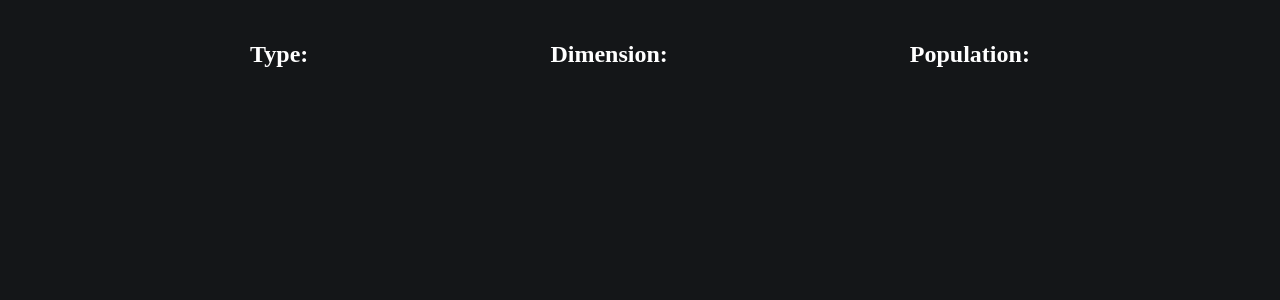
Repository: RobertAries28/ApiRickyMortin
Page: /
These files come from the project's save history. The page is drawn as it stood at one moment and after the next save; the edit follows.
The browser window is 1280 px wide. The pictures show the whole page.
The page's requests for data from a server got no answer. The project was rebuilt for these pictures with package versions that can differ from the ones it lists, and the page was loaded fresh each time. No one was signed in, and anything a server would have sent is missing. Also part of the build but not shown: src/ResidentInfo.js.

Above is the page before, as saved 2022-04-29 00:36:15.

### src/index.css

body{
  background: #141618;
  color: white;
}

.information h1{
  font-weight: bold;
}

.information span{
  font-weight: 300;
}

.information_data{
  display: flex;
  justify-content: space-evenly;
}

.personaje{
  display: flex;
  justify-content: space-evenly;
  margin: 30px;
  background: #53575A;
}

.personaje span{
  margin: 30px 30px;
  font-size: 20px;
}

.personajeList{
  display: flex;
  flex-wrap: wrap;
  justify-content: space-evenly;
}

### src/App.js

import './App.css';
import Locationinfo from './LocationInfo';

const App=() =>{
  return (
    <div className="App">
      <Locationinfo/>
    </div>
  );
}

export default App;

### src/LocationInfo.js
import axios from 'axios';
import React, { useEffect, useState } from 'react';
import './index.css';
import Residentslist from './ResidentsList';

const Locationinfo = () => {
     const [information,setInformation]= useState({})
    useEffect(()=>{
        const random= Math.floor(Math.random()*126)+1;
        axios.get(`https://rickandmortyapi.com/api/location/${random}`)
         .then(res=> setInformation(res.data));

    },[])

    console.log(information)
    return (
        <div className='information'>
            <h1>{information.name}</h1>
            <div className='information_data'>
            <h2>Type: <span>{information.type}</span></h2>
            <h2>Dimension: <span>{information.dimension}</span></h2>
            <h2>Population: <span>{information.residents?.length}</span></h2>
            </div>
            <Residentslist urls={information?.residents}/>
        </div>
    );
}

export default Locationinfo;

### src/ResidentsList.js
import React from 'react';
import Residentinfo from './ResidentInfo';
import './index.css';

const Residentslist = ({urls}) => {
    return (
        <div className='personajeList'>
            {
                urls?.map(url=>(
                    <Residentinfo information={url} key={url}/>
                ))
            }
        </div>
    );
}

export default Residentslist;

Loaded but not shown: public/index.html (common file); src/index.js (common file); src/App.css (common file)

After the next save:
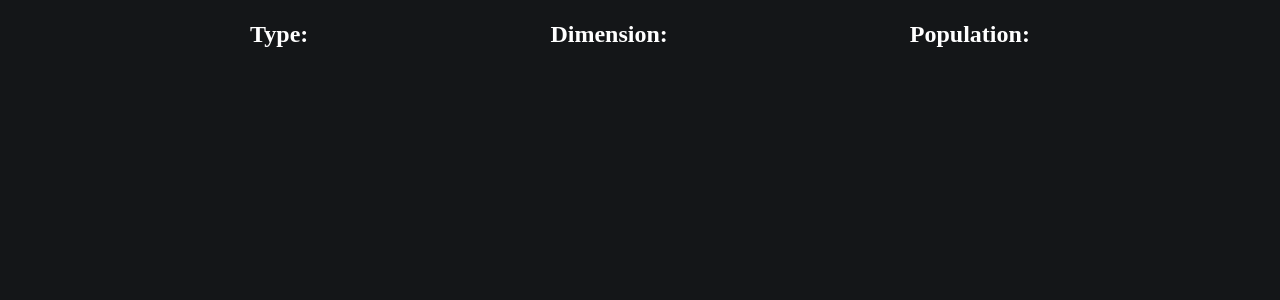
Saved 33 s later.
--- a/src/index.css
+++ b/src/index.css
@@ -24,8 +24,12 @@ body{
   background: #53575A;
 }
 
+.personaje h1,h2{
+  margin: 0;
+}
+
 .personaje span{
-  margin: 30px 30px;
+
   font-size: 20px;
 }
 
